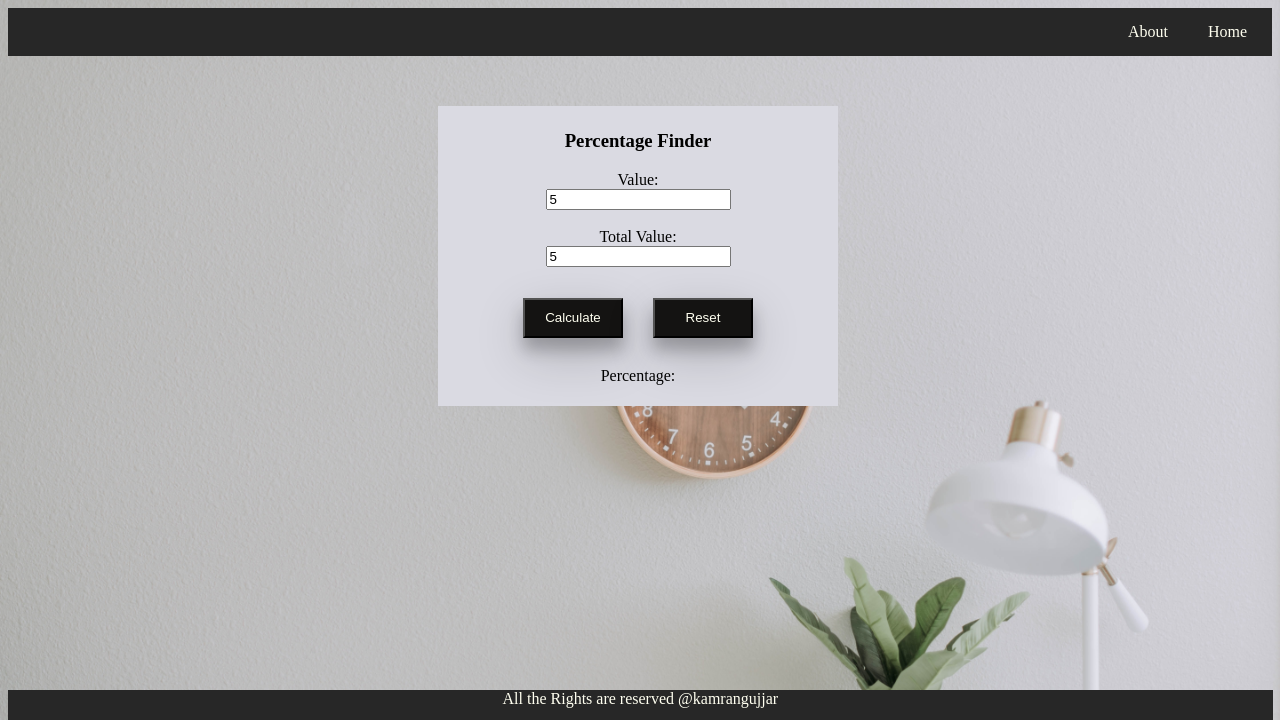
Repository: Kamrangujjar85112/Length-Converter
Page: html/percentage.html
The author's editor kept a copy of each file at every save. The page is drawn from the files as they stood at one save, then again after the next save.
The browser window is 1280 px wide. The pictures show the whole page.
Empty fields were first filled with sample values (such as "Sample", 5 or name@example.com).
After loading, the first visible `#convert` was clicked once.

Above is the page before, as saved 2022-01-27 03:13:50.
Console error: TypeError: Cannot read properties of null (reading 'style')

After the next save:
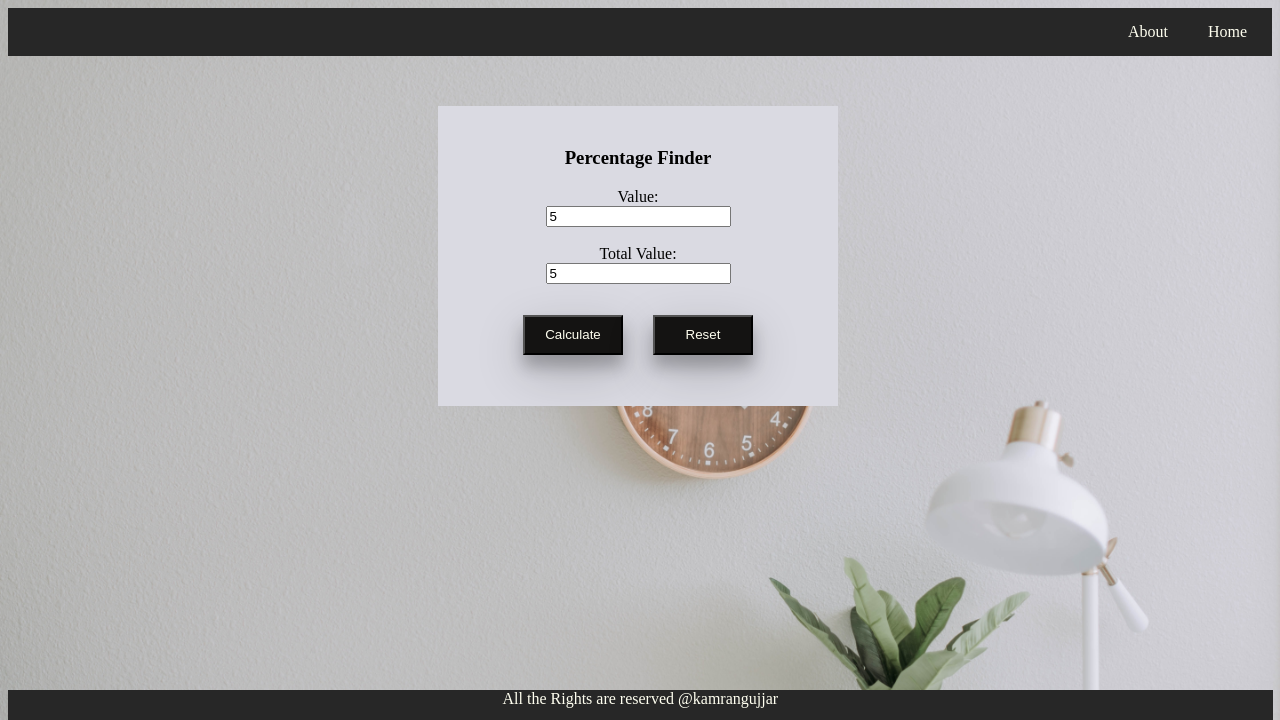
Console error: TypeError: Cannot set properties of null (setting 'innerHTML')
Saved 78 s later.
--- a/js/converter.js
+++ b/js/converter.js
@@ -16,74 +16,74 @@
 // centimeters To kilometers
 if(inputCmToKm?.value > 0){
     const Km2 = inputCmToKm?.value / 100000;
-    document.getElementById('cmToKmp').style.display ='block';
-    document.getElementById('cmToKmpError').style.display ='none';
+    document.getElementById('resultp').style.display ='block';
+    document.getElementById('errorp').style.display ='none';
     document.getElementById('cmToKm').innerHTML = inputCmToKm?.value +' Centimeters are equal to ' +Km2 + ' Kilometers';
 }else{
 
-    document.getElementById('cmToKmp').style.display ='none';
-    document.getElementById('cmToKmpError').style.display ='block';
+    document.getElementById('resultp').style.display ='none';
+    document.getElementById('errorp').style.display ='block';
     document.getElementById('cmToKmpError').innerHTML =  '<span style="color:red;">Enter A Valid Number</span>';
 }
 // centimeters To Milimeters
 if(inputCmToMm?.value > 0){
     const Mm = inputCmToMm?.value * 10;
-    document.getElementById('cmToMmp').style.display ='block';
-    document.getElementById('cmToMmpError').style.display ='none';
+    document.getElementById('resultp').style.display ='block';
+    document.getElementById('errorp').style.display ='none';
     document.getElementById('cmToMm').innerHTML = inputCmToMm?.value +' Centimeters are equal to ' +Mm + ' Milimeters';
 }else{
 
-    document.getElementById('cmToMmp').style.display ='none';
-    document.getElementById('cmToMmpError').style.display ='block';
+    document.getElementById('resultp').style.display ='none';
+    document.getElementById('errorp').style.display ='block';
     document.getElementById('cmToMmpError').innerHTML =  '<span style="color:red;">Enter A Valid Number</span>';
 }
     // Miles to kilometers
 if(inputMiToKm?.value > 0){
     const Km1 = inputMiToKm?.value * 1.609;
-    document.getElementById('miToKmp').style.display ='block';
-    document.getElementById('miToKmpError').style.display ='none';
+    document.getElementById('resultp').style.display ='block';
+    document.getElementById('errorp').style.display ='none';
     document.getElementById('miToKm').innerHTML = inputMiToKm?.value +' Miles are equal to ' +Km1 + ' Kilometers';
 }else{
 
-    document.getElementById('miToKmp').style.display ='none';
-    document.getElementById('miToKmpError').style.display ='block';
+    document.getElementById('resultp').style.display ='none';
+    document.getElementById('errorp').style.display ='block';
     document.getElementById('miToKmpError').innerHTML =  '<span style="color:red;">Enter A Valid Number</span>';
 }
 // Meters to Centimeters
 if(inputMToCm?.value > 0){
     const Cm1 = inputMToCm?.value * 100;
-    document.getElementById('mToCmp').style.display ='block';
-    document.getElementById('mToCmpError').style.display ='none';
+    document.getElementById('resultp').style.display ='block';
+    document.getElementById('errorp').style.display ='none';
     document.getElementById('mToCm').innerHTML = inputMToCm?.value +' Meters are equal to ' +Cm1 + ' Centimeters';
 }else{
 
-    document.getElementById('mToCmp').style.display ='none';
-    document.getElementById('mToCmpError').style.display ='block';
+    document.getElementById('resultp').style.display ='none';
+    document.getElementById('errorp').style.display ='block';
     document.getElementById('mToCmpError').innerHTML =  '<span style="color:red;">Enter A Valid Number</span>';
 }
     // kilometers To meters
 if(inputKmToM?.value > 0){
     const M1 = inputKmToM?.value * 1000;
-    document.getElementById('kmToMp').style.display ='block';
-    document.getElementById('kmToMpError').style.display ='none';
+    document.getElementById('resultp').style.display ='block';
+    document.getElementById('errorp').style.display ='none';
 
     document.getElementById('kmToM').innerHTML = inputKmToM?.value +' Kilometers are equal to ' +M1 + ' Meters';
 }else{
 
-    document.getElementById('kmToMp').style.display ='none';
-    document.getElementById('kmToMpError').style.display ='block';
+    document.getElementById('resultp').style.display ='none';
+    document.getElementById('errorp').style.display ='block';
     document.getElementById('kmToMpError').innerHTML =  '<span style="color:red;">Enter A Valid Number</span>';
 }
     // Miles To meters
 if(inputMiToM?.value > 0){
     const M2 = inputMiToM?.value * 1609;
-    document.getElementById('miToMp').style.display ='block';
-    document.getElementById('miToMpError').style.display ='none';
+    document.getElementById('resultp').style.display ='block';
+    document.getElementById('errorp').style.display ='none';
     document.getElementById('miToM').innerHTML = inputMiToM?.value +' Miles are equal to ' +M2 + ' Meters';
 }else{
 
-    document.getElementById('miToMp').style.display ='none';
-    document.getElementById('miToMpError').style.display ='block';
+    document.getElementById('resultp').style.display ='none';
+    document.getElementById('errorp').style.display ='block';
     document.getElementById('miToMpError').innerHTML =  '<span style="color:red;">Enter A Valid Number</span>';
 }
     // percentage
@@ -91,13 +91,13 @@
     const fValue = inputFValue?.value;
     const sValue = inputSValue?.value;
     const per = (fValue  / 100) * sValue;
-    document.getElementById('percentp').style.display ='block';
-    document.getElementById('percentpError').style.display ='none';
+    document.getElementById('resultp').style.display ='block';
+    document.getElementById('errorp').style.display ='none';
     document.getElementById('percent').innerHTML = 'The ' + fValue +' Percent of ' +sValue + ' is ' + per ;
 }else{
 
-    document.getElementById('percentp').style.display ='none';
-    document.getElementById('percentpError').style.display ='block';
+    document.getElementById('resultp').style.display ='none';
+    document.getElementById('errorp').style.display ='block';
     document.getElementById('percentpError').innerHTML =  '<span style="color:red;">Enter A Valid Number</span>';
 }
 });

After the save that followed:
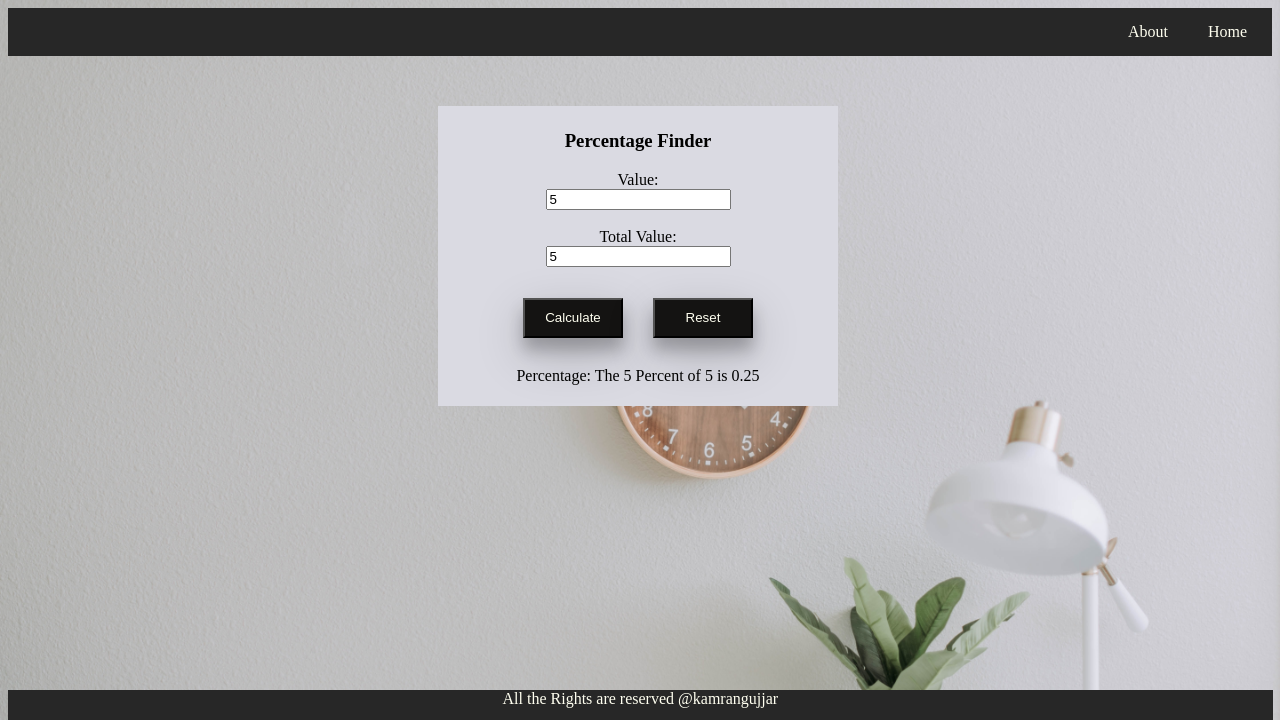
The error is gone.
Saved 80 s later.
--- a/js/converter.js
+++ b/js/converter.js
@@ -23,7 +23,7 @@
 
     document.getElementById('resultp').style.display ='none';
     document.getElementById('errorp').style.display ='block';
-    document.getElementById('cmToKmpError').innerHTML =  '<span style="color:red;">Enter A Valid Number</span>';
+    document.getElementById('errorp').innerHTML =  '<span style="color:red;">Enter A Valid Number</span>';
 }
 // centimeters To Milimeters
 if(inputCmToMm?.value > 0){
@@ -35,7 +35,7 @@
 
     document.getElementById('resultp').style.display ='none';
     document.getElementById('errorp').style.display ='block';
-    document.getElementById('cmToMmpError').innerHTML =  '<span style="color:red;">Enter A Valid Number</span>';
+    document.getElementById('errorp').innerHTML =  '<span style="color:red;">Enter A Valid Number</span>';
 }
     // Miles to kilometers
 if(inputMiToKm?.value > 0){
@@ -47,7 +47,7 @@
 
     document.getElementById('resultp').style.display ='none';
     document.getElementById('errorp').style.display ='block';
-    document.getElementById('miToKmpError').innerHTML =  '<span style="color:red;">Enter A Valid Number</span>';
+    document.getElementById('errorp').innerHTML =  '<span style="color:red;">Enter A Valid Number</span>';
 }
 // Meters to Centimeters
 if(inputMToCm?.value > 0){
@@ -59,7 +59,7 @@
 
     document.getElementById('resultp').style.display ='none';
     document.getElementById('errorp').style.display ='block';
-    document.getElementById('mToCmpError').innerHTML =  '<span style="color:red;">Enter A Valid Number</span>';
+    document.getElementById('errorp').innerHTML =  '<span style="color:red;">Enter A Valid Number</span>';
 }
     // kilometers To meters
 if(inputKmToM?.value > 0){
@@ -72,7 +72,7 @@
 
     document.getElementById('resultp').style.display ='none';
     document.getElementById('errorp').style.display ='block';
-    document.getElementById('kmToMpError').innerHTML =  '<span style="color:red;">Enter A Valid Number</span>';
+    document.getElementById('errorp').innerHTML =  '<span style="color:red;">Enter A Valid Number</span>';
 }
     // Miles To meters
 if(inputMiToM?.value > 0){
@@ -84,7 +84,7 @@
 
     document.getElementById('resultp').style.display ='none';
     document.getElementById('errorp').style.display ='block';
-    document.getElementById('miToMpError').innerHTML =  '<span style="color:red;">Enter A Valid Number</span>';
+    document.getElementById('errorp').innerHTML =  '<span style="color:red;">Enter A Valid Number</span>';
 }
     // percentage
 if(inputFValue?.value  > 0 || inputSValue?.value){
@@ -98,7 +98,7 @@
 
     document.getElementById('resultp').style.display ='none';
     document.getElementById('errorp').style.display ='block';
-    document.getElementById('percentpError').innerHTML =  '<span style="color:red;">Enter A Valid Number</span>';
+    document.getElementById('errorp').innerHTML =  '<span style="color:red;">Enter A Valid Number</span>';
 }
 });
 
